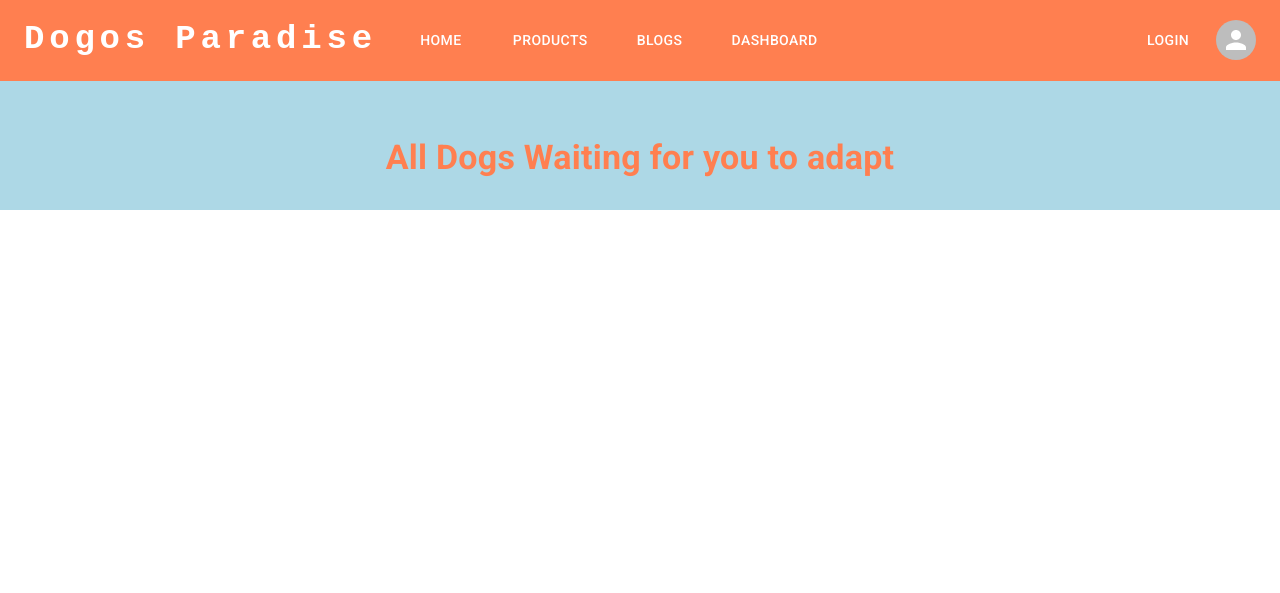
Repository: Sharif-00112/dogos-paradise-client
Page: /products
These files come from the project's save history. The page is drawn as it stood at one moment and after the next save; the edit follows.
The browser window is 1280 px wide. The pictures show the whole page.
The page's requests for data from a server got no answer. The project was rebuilt for these pictures with package versions that can differ from the ones it lists, and the page was loaded fresh each time. Some packages were replaced by stand-ins written for this rebuild. No one was signed in, and anything a server would have sent is missing. Also part of the build but not shown: src/Pages/Shared/Footer/Footer.js, src/Pages/Home/About/About.js, src/Pages/Home/Banner/Banner.js, src/Pages/Home/Blogs/Blogs.js, src/Pages/Home/Contact/Contact.js, src/Pages/Home/CustomerReviews/CustomerReviews.js, src/Pages/Home/Dog/Dog.js, src/Pages/Home/Dogs/Dogs.js and 11 more. Imported but missing from the stored project, and not drawn on this page: src/Pages/Dashboard/DashboardHome/DashboardHome, src/hooks/useTitle.

Above is the page before, as saved 2022-12-10 17:02:50.

After the next save:
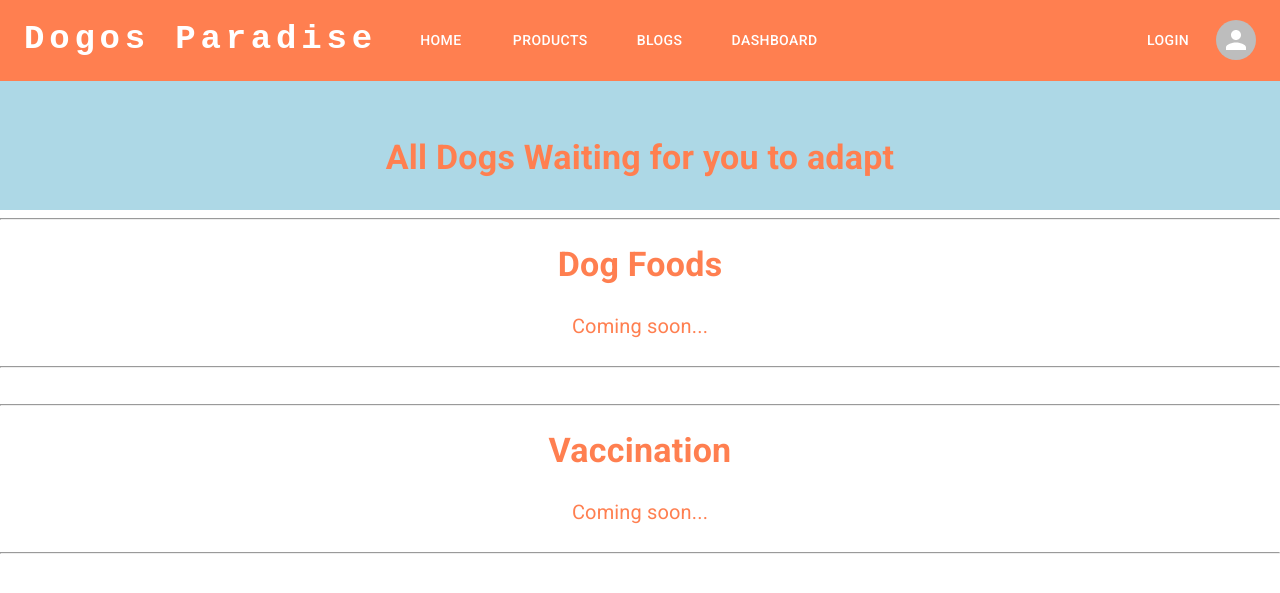
Saved 2 min 57 s later.
--- a/src/Pages/Home/Products/Products.js
+++ b/src/Pages/Home/Products/Products.js
@@ -36,6 +36,30 @@ const Products = () => {
                     </Grid>
                 </Container>
             </Box>
+
+            <Box>
+                <hr />
+                <Typography sx={{ m: 3, color: 'coral', fontWeight: 600 }} variant="h4" component="div">
+                    Dog Foods
+                </Typography>
+                <Typography sx={{ m: 3, color: 'coral', fontWeight: 400 }} variant="h6" component="div">
+                    Coming soon...
+                </Typography>
+                <hr />
+            </Box>
+                <br />
+            <Box>
+                <hr />
+                <Typography sx={{ m: 3, color: 'coral', fontWeight: 600 }} variant="h4" component="div">
+                    Vaccination
+                </Typography>
+                <Typography sx={{ m: 3, color: 'coral', fontWeight: 400 }} variant="h6" component="div">
+                    Coming soon...
+                </Typography>
+                <hr />
+            </Box>
+
+
         </div>
     );
 };
